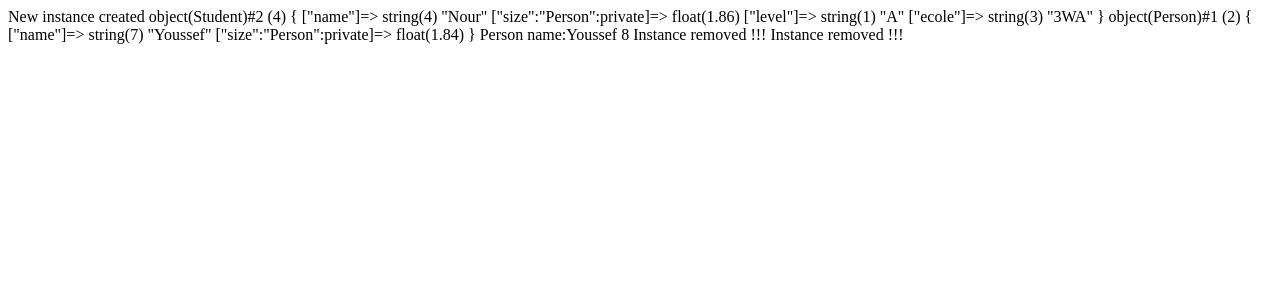
Repository: FS-23/php-getstarted
Page: http://localhost/oop/index.php
An editor plug-in stored every save of this project. The page is shown before and after the next save, followed by the edit.
The browser window is 1280 px wide. The pictures show the whole page.
The page is run by PHP 8.4 with error messages shown; the project is at /var/www/html/.

Above is the page before, as saved 2022-05-31 11:27:02.

### demoAPP/oop/index.php
<?php
  class Person {
      public $name;
      private $size;
      function __construct($name , $size){
          $this -> name = $name;
          $this -> size = $size;
          echo "New instance created\n";
      }
      function setSize($sizeValue){
          $this -> size = $sizeValue;
      }
      function __destruct(){
          echo "\nInstance removed !!!";
      }

      function construct($name , $size){
            $this -> name = $name;
            $this -> size = $size;
      }
  }




  class Student extends Person{

     public $level;
     public $ecole;

     function __construct($name , $size , $level ,$ecole){
         //super($name , $size );
         parent::construct($name , $size);
         $this -> level = $level;
         $this -> ecole = $ecole;
     }
     function learn(){
         echo "\n". $this.name . " started learning";
     }
  }

  $person1 = new Person("Youssef", 1.84);

  $student1 = new Student("Nour", 1.86 , "A" , "3WA");

  var_dump($student1);


//   $person1 -> name = "Youssef";
//   $person1 -> size = "Youssef";
//   $person1 -> level = "Youssef";
//   $person1 -> name = "Youssef";
//   $person1 -> name = "Youssef";
//   $person1 -> setSize(1.84);
//   $person1 -> favorigteFood = "Poulet rotie";

  var_dump($person1);


  echo "Person name:".$person1->name."\n";

  echo rand(5,10);

After the next save:
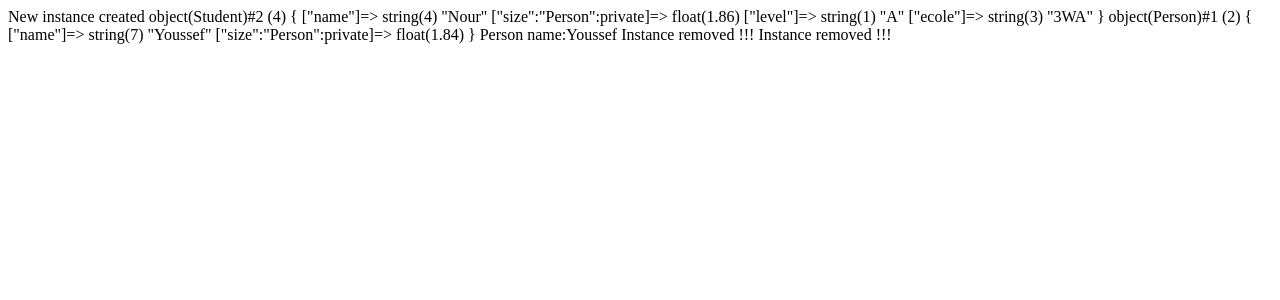
Saved 20 s later.
--- a/demoAPP/oop/index.php
+++ b/demoAPP/oop/index.php
@@ -58,5 +58,3 @@
 
 
   echo "Person name:".$person1->name."\n";
-
-  echo rand(5,10);
